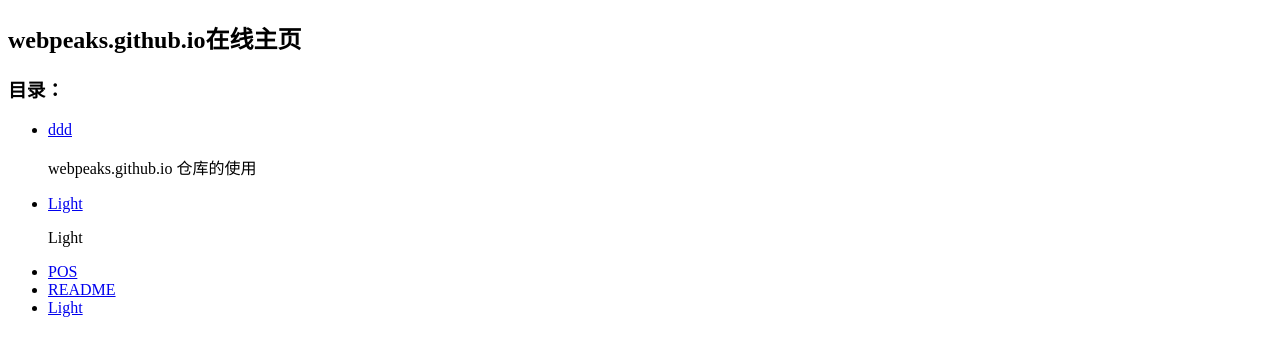
Repository: webpeaks/webpeaks.github.io
Page: index.html
The author's editor kept a copy of each file at every save. The page is drawn from the files as they stood at one save, then again after the next save.
The browser window is 1280 px wide. The pictures show the whole page.

Above is the page before, as saved 2018-01-03 16:21:39.

After the next save:
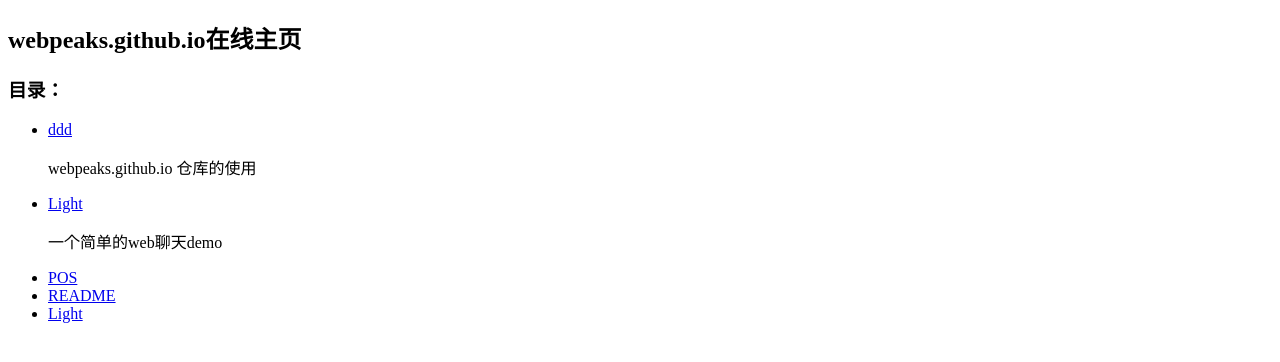
Saved 14 s later.
--- a/index.html
+++ b/index.html
@@ -16,7 +16,7 @@
         </li>
         <li>
             <a href="https://github.com/webpeaks/Light">Light</a>
-            <p>Light</p>
+            <p>一个简单的web聊天demo</p>
         </li>
         <li>
             <a href="https://github.com/webpeaks/POS">POS</a>
